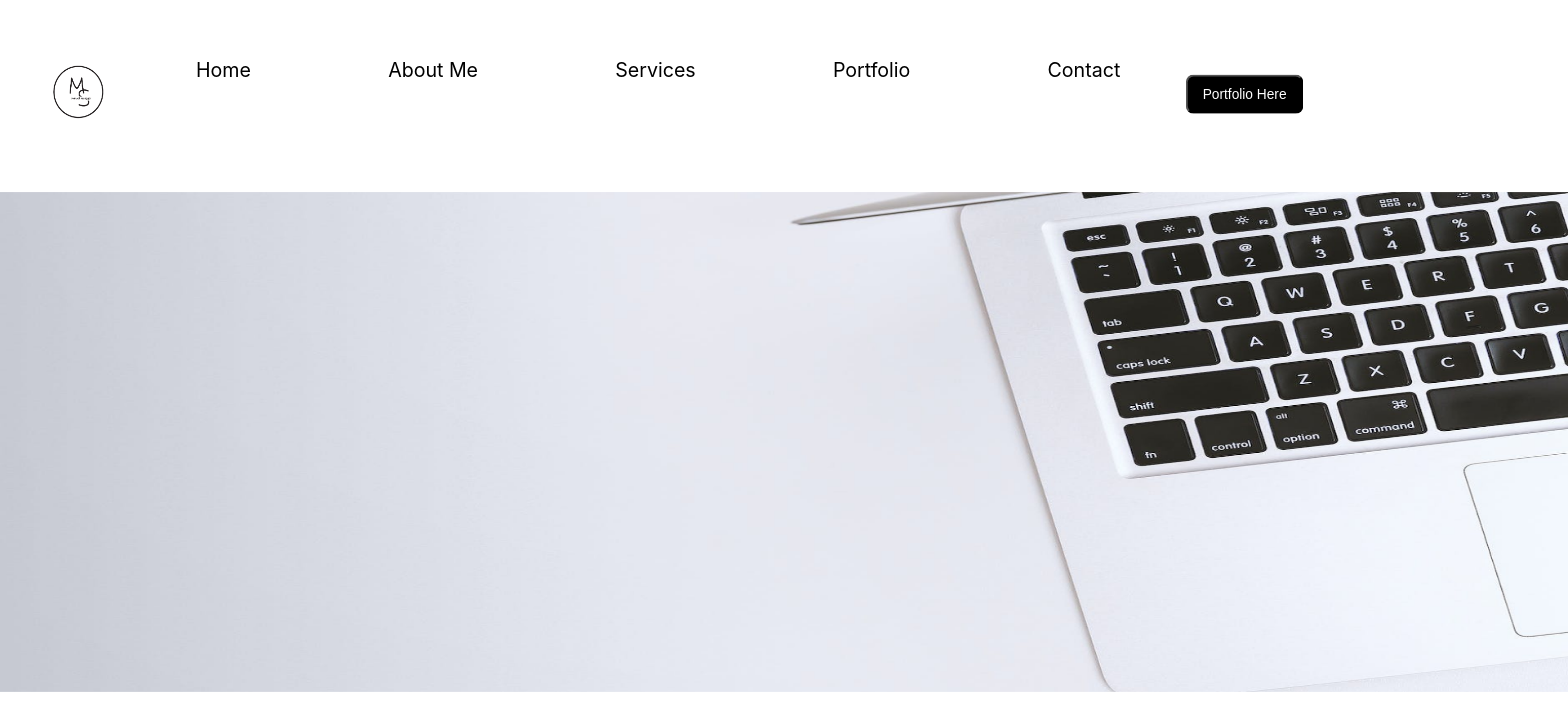
Repository: MEROO1010/Portfolio-2
Page: /
These files come from the project's save history. The page is drawn as it stood at one moment and after the next save; the edit follows.
The browser window is 1280 px wide. The page is 1600 px wide, so the pictures cover 1600 px, including what lies to the right of the window. The pictures show the whole page, at 98% of full size.
The project was rebuilt for these pictures with package versions that can differ from the ones it lists, and the page was loaded fresh each time.

Above is the page before, as saved 2023-12-16 12:29:04.

### src/App.js
import './App.css';
import Home from './components/Home';
import Navbar from './components/Navbar';

function App() {
  return (
    <div className="App">
     <Navbar/>
     <Home/>
    </div>
  );
}

export default App;

### src/components/Home.js
import React from 'react'
import HomeImage from "../images/header background.png";
import styled from "styled-components"


const Home = () => {
  return (
    <Container>
       <BackgroundImage>
       <img src={HomeImage}alt=""/>
       </BackgroundImage>
    </Container>
  )
}

const Container = styled.div`

`

const BackgroundImage = styled.div `
 img{
  width:1600px;
  height:510px;
 }
`

export default Home

### src/components/Navbar.js
import React from 'react'
import styled from "styled-components"
import MYLOGO from "../images/white logo.png";

const Navbar = () => {
  return (
    <Container>
       <ul>
          <li>Home</li>
          <li>About Me</li>
          <li>Services</li>
          <li>Portfolio</li>
          <li>Contact</li>
       </ul>

       <Logo>
       <img src={MYLOGO}alt=""/>
       </Logo>

       <PortfolioButton>
         <button>Portfolio Here</button>
       </PortfolioButton>
    </Container>
  )
}


const Container = styled.div `
margin-top:20px;
  ul{
    position:relative;
   list-style-type: none;
   height:40px;

  padding-left: 40px;
  top: 40px;
  left:20px;
  overflow: hidden;
  background-color: #fff;
  }

  li {
    font-size:20px;
    position:sticky;
    justifyContent: flex-end;
    display: flex;
    right:100px;
  float: left;
  padding-left: 20px;
  margin-left:120px;


}
li a {
  display: block;
  color: white;
  text-align: center;
  padding: 16px;
  text-decoration: none;
}

li a:hover {
  background-color: #111111;
}
`

const Logo = styled.div `
position:relative;
bottom:20px;
padding-bottom:80px;
 img{
 width:80px;
 height:80px;
 float: left;
 margin-left:40px;
 padding-bottom:4px;
 justifyContent: flex-end;

 }
`

const PortfolioButton = styled.div`

  button{
    position:relative;
margin-left:40px;
left:550px;
bottom:80px;
width:120px;
height:40px;
font-size:14px;
border-radius:8px;
background-color:black;
color:white;
  }
`

export default Navbar

Loaded but not shown: public/index.html (common file); src/index.js (common file); src/index.css (common file); src/reportWebVitals.js (common file); src/App.css (common file)

After the next save:
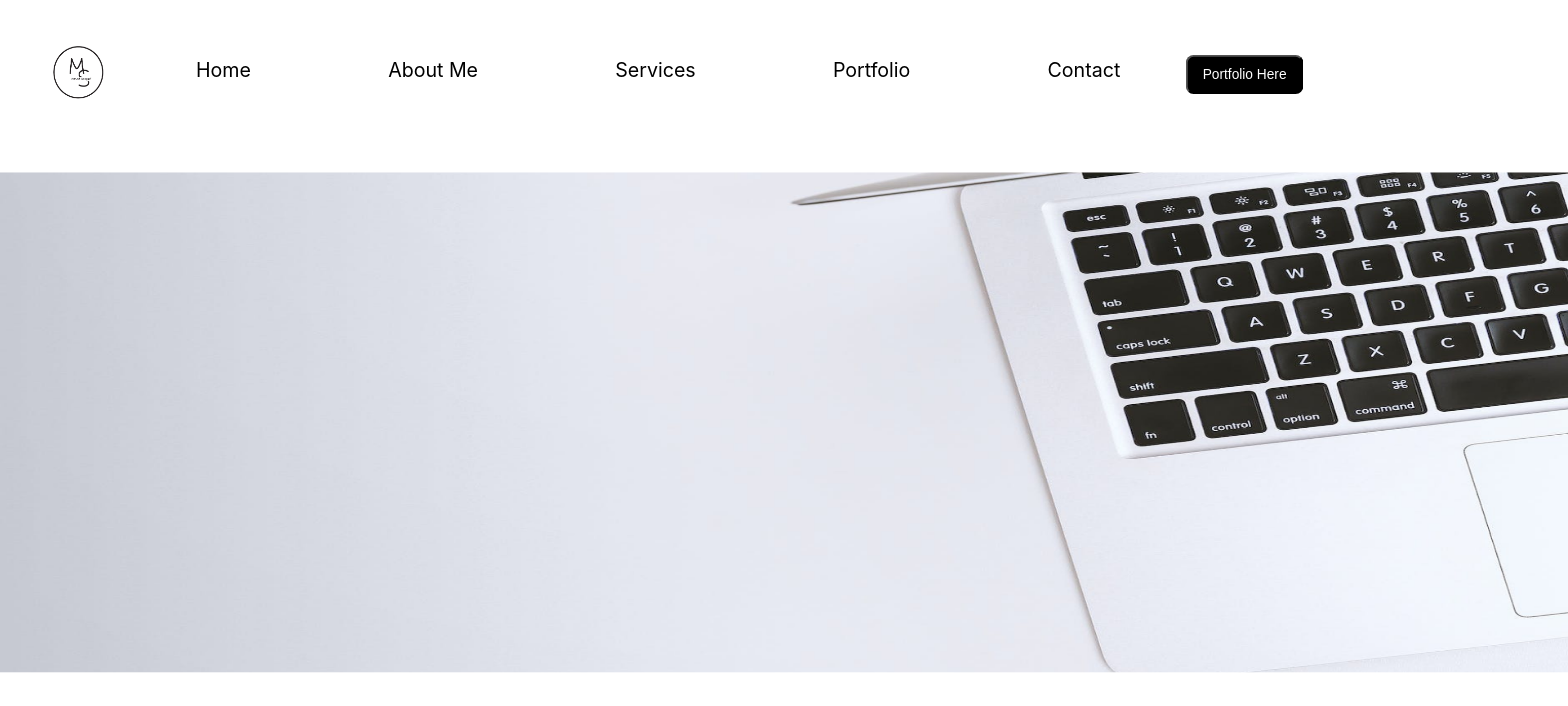
Saved 5 s later.
--- a/src/components/Navbar.js
+++ b/src/components/Navbar.js
@@ -30,7 +30,7 @@ margin-top:20px;
   ul{
     position:relative;
    list-style-type: none;
-   height:40px;
+   height:20px;
 
   padding-left: 40px;
   top: 40px;
